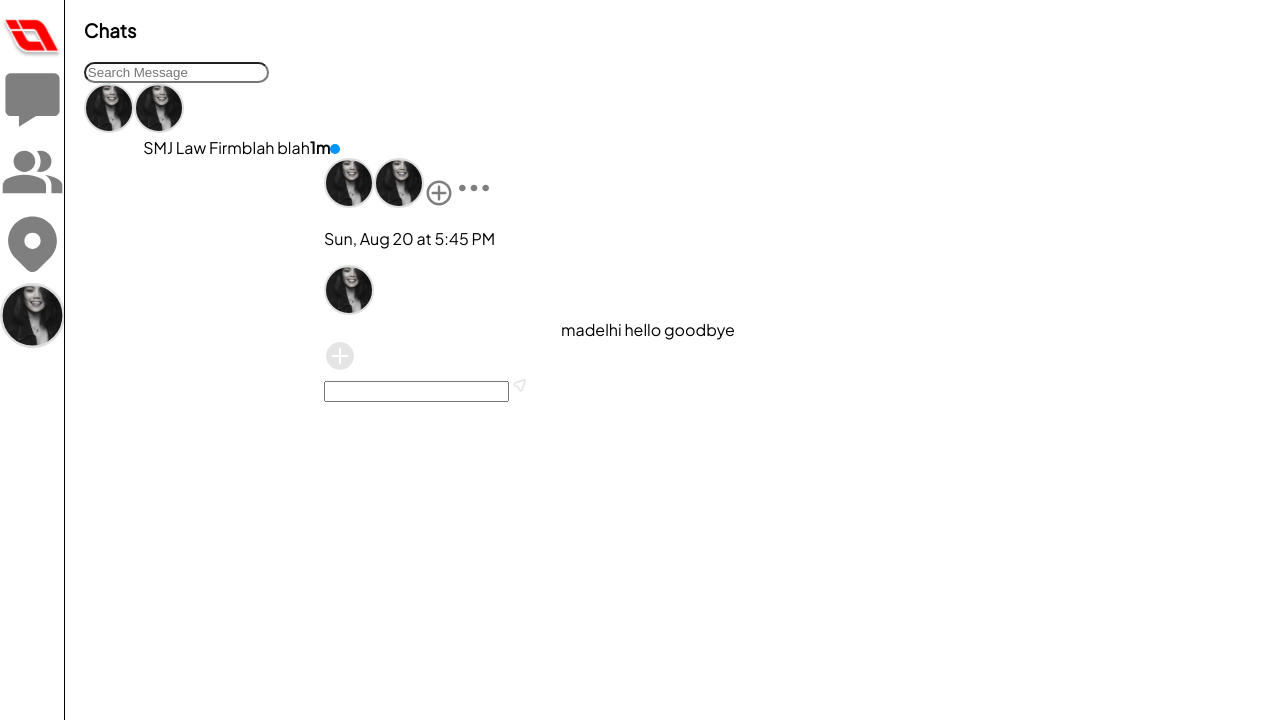
Repository: Nicktacku/LawChat
Page: /homechat (app in frontend/lawchat/)
An editor plug-in stored every save of this project. The page is shown before and after the next save, followed by the edit.
The browser window is 1280 px wide. The pictures show the whole page.
The project was rebuilt for these pictures with package versions that can differ from the ones it lists, and the page was loaded fresh each time. Also part of the build but not shown: frontend/lawchat/src/styles/button.css, frontend/lawchat/src/components/Button.js, frontend/lawchat/src/pages/Home.js, frontend/lawchat/src/pages/Login.js, frontend/lawchat/src/pages/Test.js.

Above is the page before, as saved 2024-08-15 14:28:01.

After the next save:
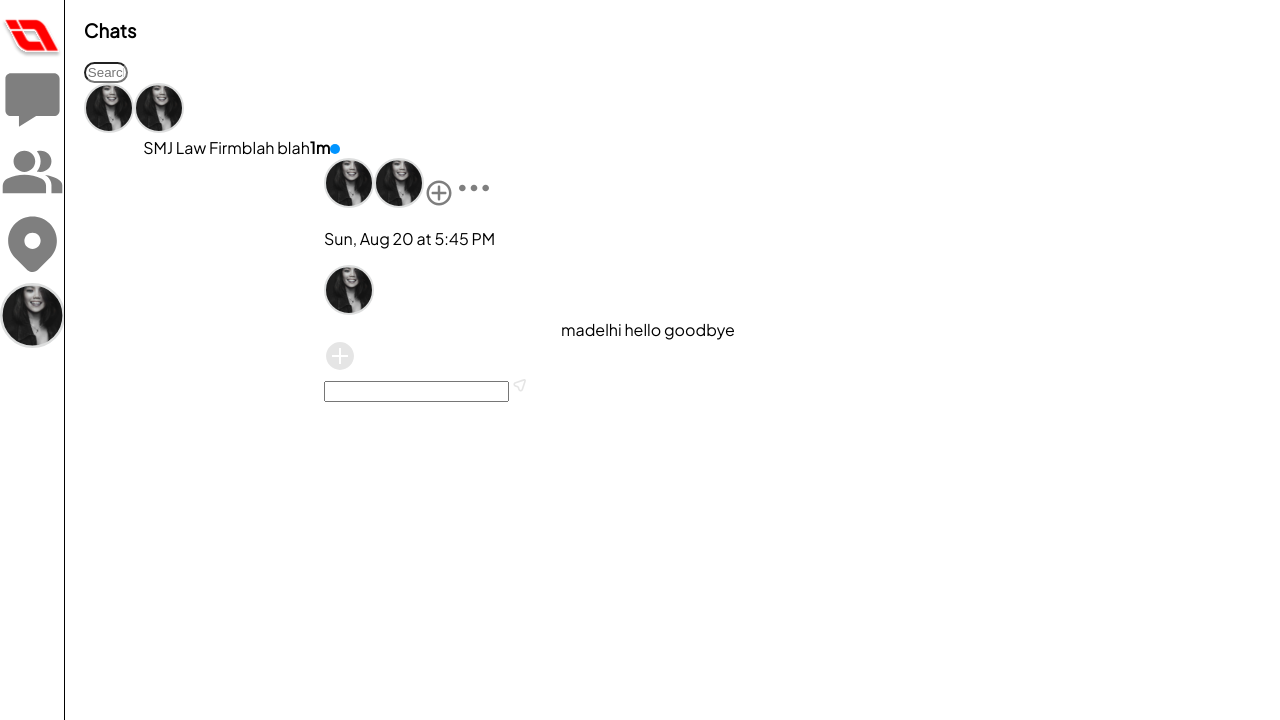
Saved 65 s later.
--- a/frontend/lawchat/src/styles/homechat.css
+++ b/frontend/lawchat/src/styles/homechat.css
@@ -25,5 +25,6 @@
   }
 
 .search {
-    border-radius: 30px
+    border-radius: 30px;
+    width: 5vh
 }
